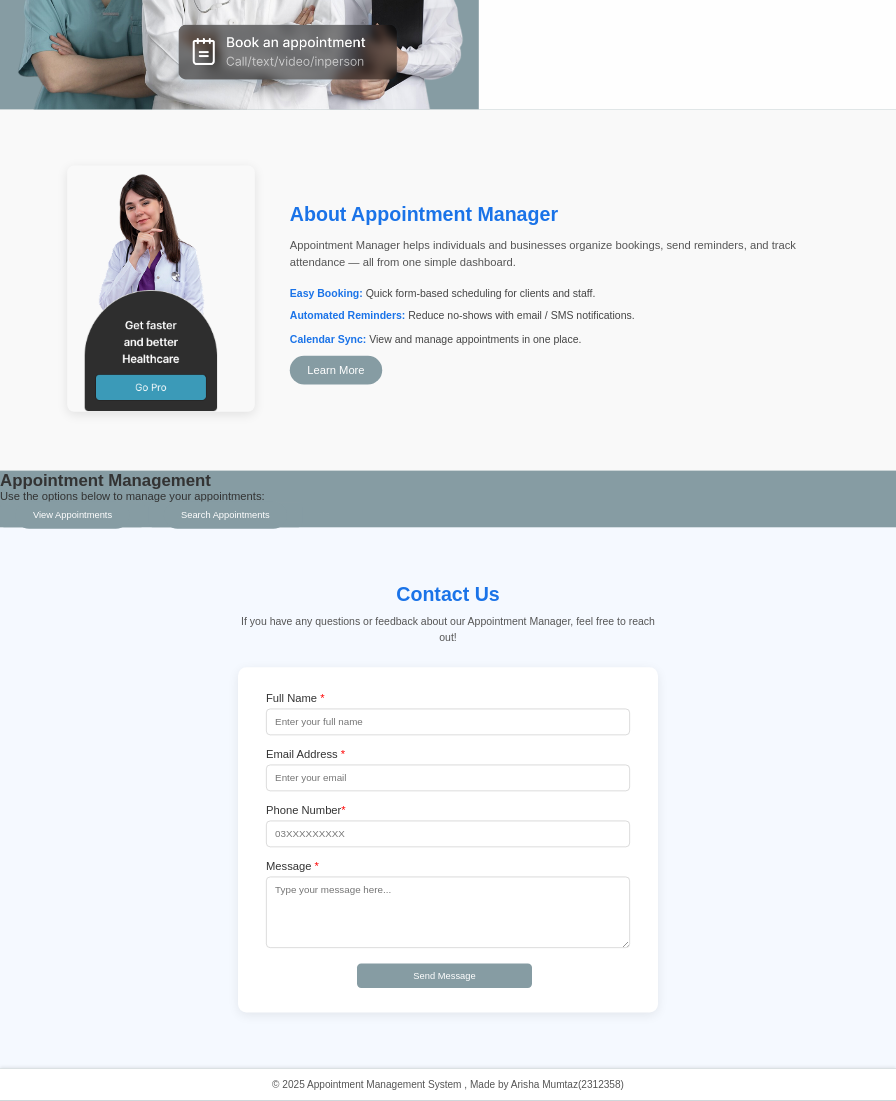
Repository: Arisha004/Hospital-Appointment-Management-System
Page: landingpage.html
These files come from the project's save history. The page is drawn as it stood at one moment and after the next save; the edit follows.
The browser window is 1280 px wide. The pictures show the part of the page from y = 615 to 2535 px (the page is 2188 px tall before and 2878 px after), at 70% of full size.

Above is the page before, as saved 2025-10-24 15:51:45.

After the next save:
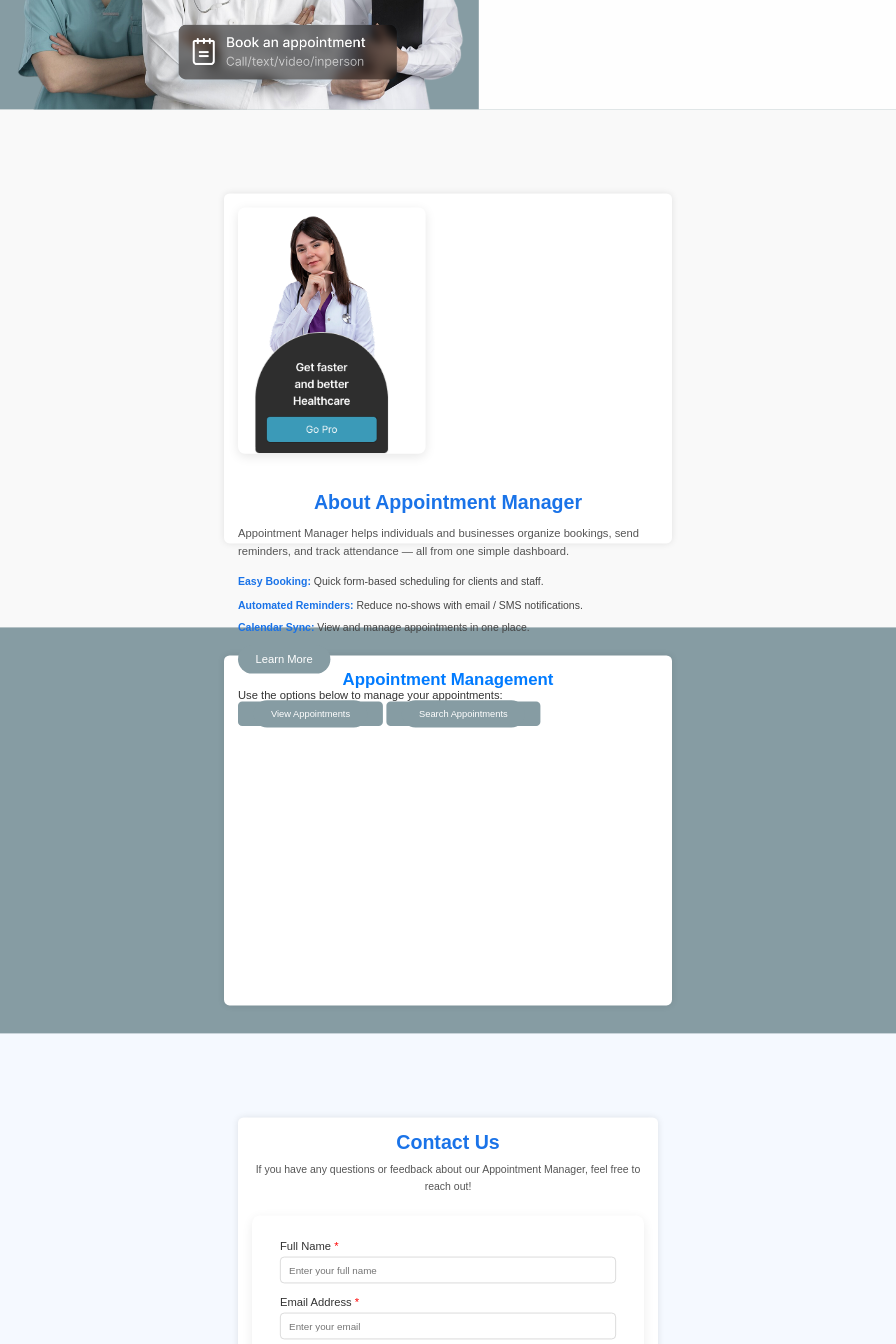
Saved 8 s later.
--- a/landingpage.html
+++ b/landingpage.html
@@ -5,6 +5,11 @@
   <meta name="viewport" content="width=device-width, initial-scale=1.0">
   <title>Appointment Management System</title>
   <link rel="stylesheet" href="style.css">
+  <style>
+    .container { width: 50%; height: 500px; margin: 40px auto; background: #fff; padding: 20px; border-radius: 8px; box-shadow: 0 0 10px rgba(0,0,0,0.1); }
+  h2 { text-align: center; color: #007bff; }
+
+  </style>
 </head>
 <body>
   <header class="navbar">

After the 2 saves that followed:
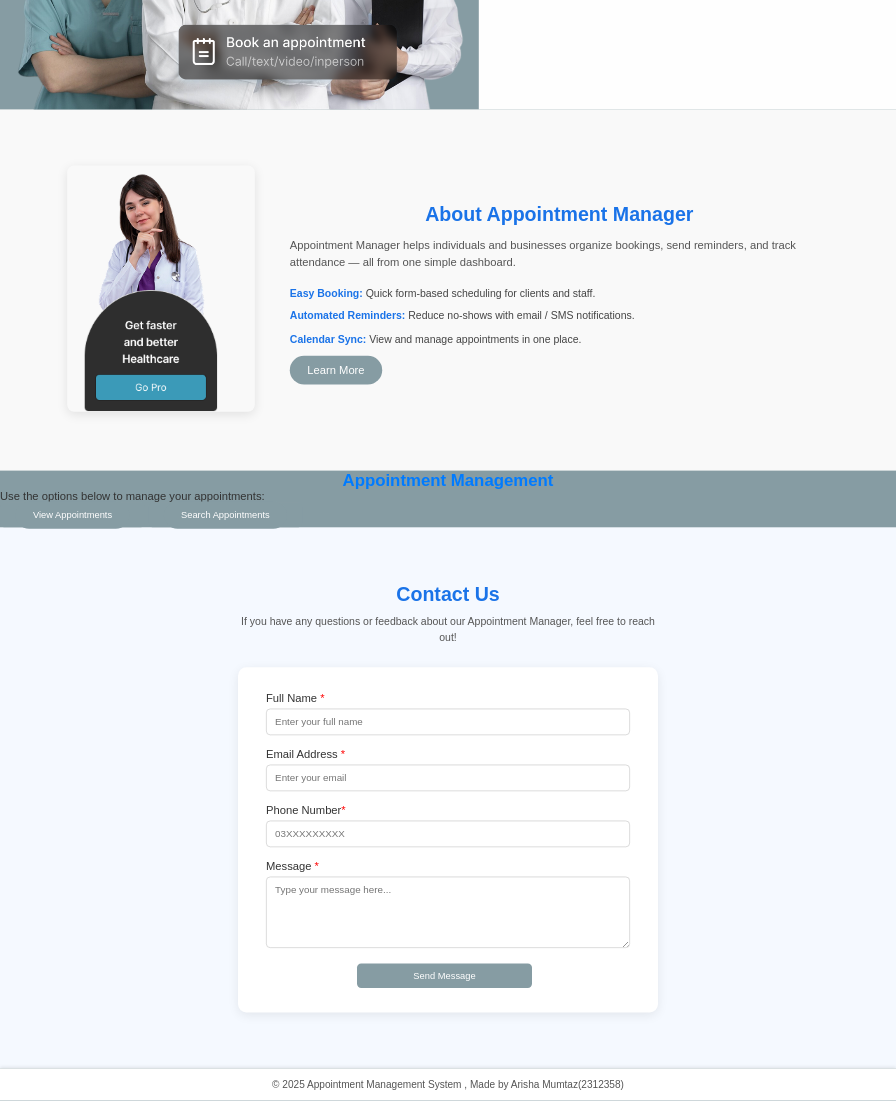
The 2 saves are shown as one change because they came seconds apart.
The last was saved 22 s later.
--- a/landingpage.html
+++ b/landingpage.html
@@ -6,7 +6,7 @@
   <title>Appointment Management System</title>
   <link rel="stylesheet" href="style.css">
   <style>
-    .container { width: 50%; height: 500px; margin: 40px auto; background: #fff; padding: 20px; border-radius: 8px; box-shadow: 0 0 10px rgba(0,0,0,0.1); }
+    .container1 { width: 50%;margin: 40px auto; background: #fff; padding: 20px; border-radius: 8px; box-shadow: 0 0 10px rgba(0,0,0,0.1); }
   h2 { text-align: center; color: #007bff; }
 
   </style>
